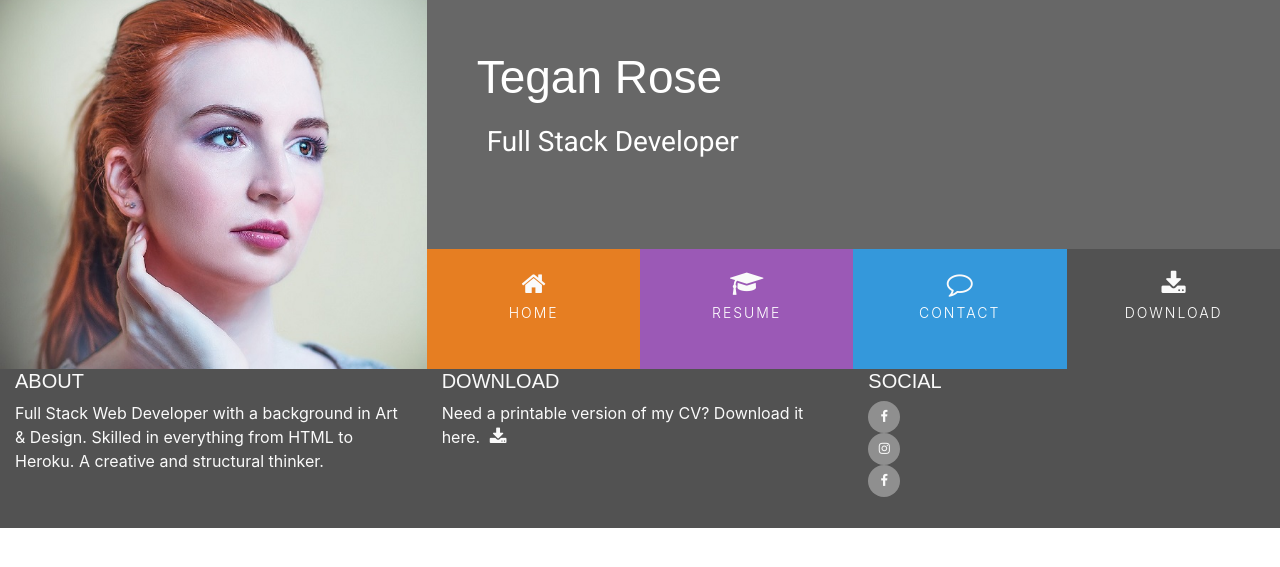
Repository: TSRose/Resume
Page: index.html
The author's editor kept a record of every edit. The page is drawn from the files as they stood at one moment, then again after the next edit.
The browser window is 1280 px wide. The pictures show the whole page.

Above is the page before.

### index.html
<!DOCTYPE html>
<html lang="en">

<head>
    <meta charset="UTF-8">
    <meta name="viewport" content="width=device-width, initial-scale=1.0">
    <meta http-equiv="X-UA-Compatible" content="ie=edge">
    <link rel="stylesheet" href="https://stackpath.bootstrapcdn.com/bootstrap/4.3.1/css/bootstrap.min.css" type="text/css" />
    <link rel="stylesheet" href="https://stackpath.bootstrapcdn.com/font-awesome/4.7.0/css/font-awesome.min.css" type="text/css" />
    <link rel="stylesheet" href="assets/css/style.css" type="text/css" />
    <link rel="stylesheet" href="https://cdnjs.cloudflare.com/ajax/libs/hover.css/2.3.1/css/hover-min.css" type="text/css" />
    <title>Tegan Rose</title>
</head>

<body>
    <header>
        <div class="row no-gutters">
            <a href="index.html" class="col-md-4 logo">

            </a>
            <div class="col-md-8">
                <div class="row no-gutters bg-color-name-title">
                    <div class="col">
                        <h1 class="name">Tegan Rose</h1>
                        <h2 class="title"> Full Stack Developer</h2>
                    </div>
                </div>
                <div class="row no-gutters">
                    <div class="col">
                        <ul id="nav" class="list-inline menucontainer">
                            <li class="col-6 col-sm-3 ui-menu-color-home list-inline-item menuitem">
                                <a href="#" class="hvr-sweep-to-bottom"><i class="fa fa-home" aria-hidden="true"></i><span>Home</span></a>
                            </li>
                            <li class="col-6 col-sm-3 ui-menu-color-resume list-inline-item menuitem">
                                <a href="#" class="hvr-sweep-to-bottom"><i class="fa fa-graduation-cap" aria-hidden="true"></i><span>Resume</span></a>
                            </li>
                            <li class="col-6 col-sm-3 ui-menu-color-contact list-inline-item menuitem">
                                <a href="#" class="hvr-sweep-to-bottom"><i class="fa fa-comment-o" aria-hidden="true"></i><span>Contact</span></a>
                            </li>
                            <li class="col-6 col-sm-3 ui-menu-color-download list-inline-item menuitem">
                                <a href="#" class="hvr-sweep-to-bottom"><i class="fa fa-download" aria-hidden="true"></i><span>Download</span></a>
                            </li>
                        </ul>
                    </div>
                </div>
            </div>
        </div>
    </header>
    <section>

    </section>
    <footer class="container-fluid">
        <div class="row">
            <div class="col-sm-4">
                <h5 class="uppercase general-sub">About</h5>
                <p class="inline-block">
                    Full Stack Web Developer with a background in Art & Design. Skilled in everything from HTML to Heroku. A creative and structural thinker.
                </p>
            </div>
            <div class="col-sm-4">
                <h5 class="uppercase general-sub">Download</h5>
                <p class="inline-block">
                    Need a printable version of my CV? Download it here.
                    <a href="#" target="_blank" class="cv-pdf">
                        <i class="fa fa-download" aria-hidden="true"></i>
                        <span class="sr-only">Download link.</span>
                    </a>
                </p>
            </div>
            <div class="col-sm-4">
                <h5 class="uppercase general-sub">Social</h5>
                <ul class="list-inline social-links">
                    <li class="list-inine-item">
                        <a target="_blank" href="#">
                        <i class="fa fa-facebook" aria-hidden="true"></i>
                        <span class="sr-only">Facebook</span>
                        </a>
                    </li>
                    <li class="list-inine-item">
                        <a target="_blank" href="#">
                        <i class="fa fa-instagram" aria-hidden="true"></i>
                        <span class="sr-only">Instagram</span>
                        </a>
                    </li>                    <li class="list-inine-item">
                        <a target="_blank" href="#">
                        <i class="fa fa-facebook" aria-hidden="true"></i>
                        <span class="sr-only">Facebook</span>
                        </a>
                    </li>
                </ul>
            </div>
        </div>
    </footer>
</body>

</html>

### assets/css/style.css
@import url('https://fonts.googleapis.com/css?family=Roboto&display=swap:100,200,300,400,500,600,700 | Exo:100,200,300,400,500,600,700');

/*------------------------------------Colours */

.bg-color-name-title {
    background-color: #676767;
}

.ui-menu-color-home {
    background-color: #e67e22;
}

.ui-menu-color-resume {
    background-color: #9b59b6;
}

.ui-menu-color-contact {
    background-color: #3498db;
}

.ui-menu-color-download {
    background-color: #525252;
}

/*------------------------------------Special paddings/margins/text */

h1,
h2,
h3,
h4 {
    margin: 0;
}

.uppercase {
    text-transform: uppercase;
}

.general-sub {
    font-family: "Exo", sans-serif;
    font-weight: 300;
    color: #fafafa;
}

.inline-block {
    display: inline-block;
}

/*------------------------------------Headings */

header {
    margin: 0;
}

.heading {
    margin-left: 50px;
}

.logo {
    background: url("../images/logo.jpg");
    background-position: center;
    background-repeat: no-repeat;
    background-size: cover;
    min-height: 360px;
    transition: all .5s ease-in-out;
    -moz-transition: all .5s ease-in-out;
    -webkit-transition: all .5s ease-in-out;
}

.name {
    font-family: "Exo", sans-serif;
    font-weight: 100;
    font-size: 46px;
    margin-top: 50px;
    margin-left: 50px;
    color: #fff;
}

.title {
    font-family: "Roboto", sans-serif;
    font-weight: 200;
    font-size: 28px;
    margin-top: 20px;
    margin-bottom: 90px;
    margin-left: 60px;
    color: #fff;
}

.list-inline-item:not(:last-child) {
    margin: 0;
}

.menucontainer {
    font-size: 0;
}

#nav {
    margin: 0;
}

#nav li {
    font-size: 14px;
    padding: 0;
}

.menuitem {
    height: 120px;
    text-align: center;
    padding: 0;
}

.menuitem a {
    width: 100%;
    text-decoration: 0;
    color: #fff;
    height: 120px;
}

.menuitem a i {
    padding-top: 22px;
    display: block;
    color: #fafafa;
    font-size: 26px;
}

.menuitem span {
    display: block;
    width: 100%;
    padding-top: 5px;
    text-align: center;
    text-transform: uppercase;
    font-size: 14px;
    font-weight: 300;
    letter-spacing: 2px;
}

/*------------------------------------Hover.css */

.hvr-sweep-to-bottom:before {
    background-color: rgba(0, 0, 0, 0.2) !important;
    height: 120px;
}

/*------------------------------------Footer */

footer {
    background-color: #525252;
    color: #fafafa;
    min-height: 120px;
    margin: 0;
}

.cv-pdf i {
    font-size: 18px;
    color: #fafafa;
    text-align: center;
    padding-left: 5px;
    transition: all 0.35s ease-in-out;
    -moz-transition: all 0.35s ease-in-out;
    -webkit-transition: all 0.35s ease-in-out;
    -o-transition: all 0.35s ease-in-out;
}

.cv-pdf i:hover {
    color: #e84610;
}

.social-links {
    padding-bottom: 15px;
}

.social-links li a i {
    width: 32px;
    height: 32px;
    padding: 12px 0;
    border-radius: 50%;
    font-size: 13px;
    line-height: 7px;
    text-align: center;
    color: #fafafa;
    background: #8f8f8f;
    transition: all 0.35s ease-in-out;
    -moz-transition: all 0.35s ease-in-out;
    -webkit-transition: all 0.35s ease-in-out;
    -o-transition: all 0.35s ease-in-out;
}

After the next edit:
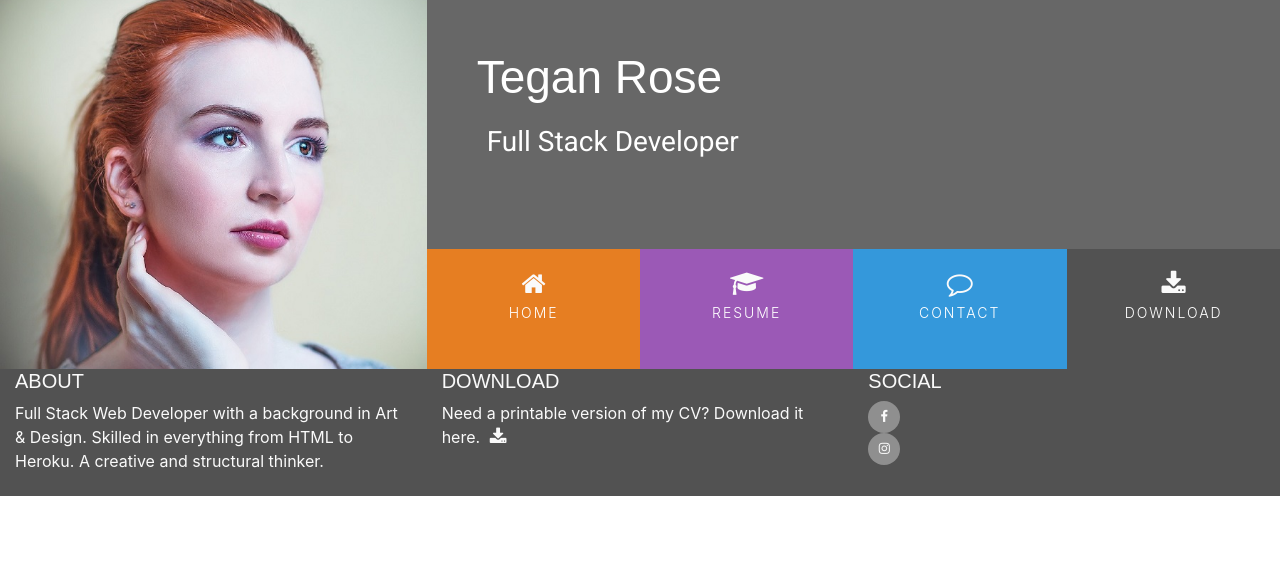
The edit:
--- a/index.html
+++ b/index.html
@@ -81,12 +81,8 @@
                         <i class="fa fa-instagram" aria-hidden="true"></i>
                         <span class="sr-only">Instagram</span>
                         </a>
-                    </li>                    <li class="list-inine-item">
-                        <a target="_blank" href="#">
-                        <i class="fa fa-facebook" aria-hidden="true"></i>
-                        <span class="sr-only">Facebook</span>
-                        </a>
                     </li>
+
                 </ul>
             </div>
         </div>

After the edit that followed:
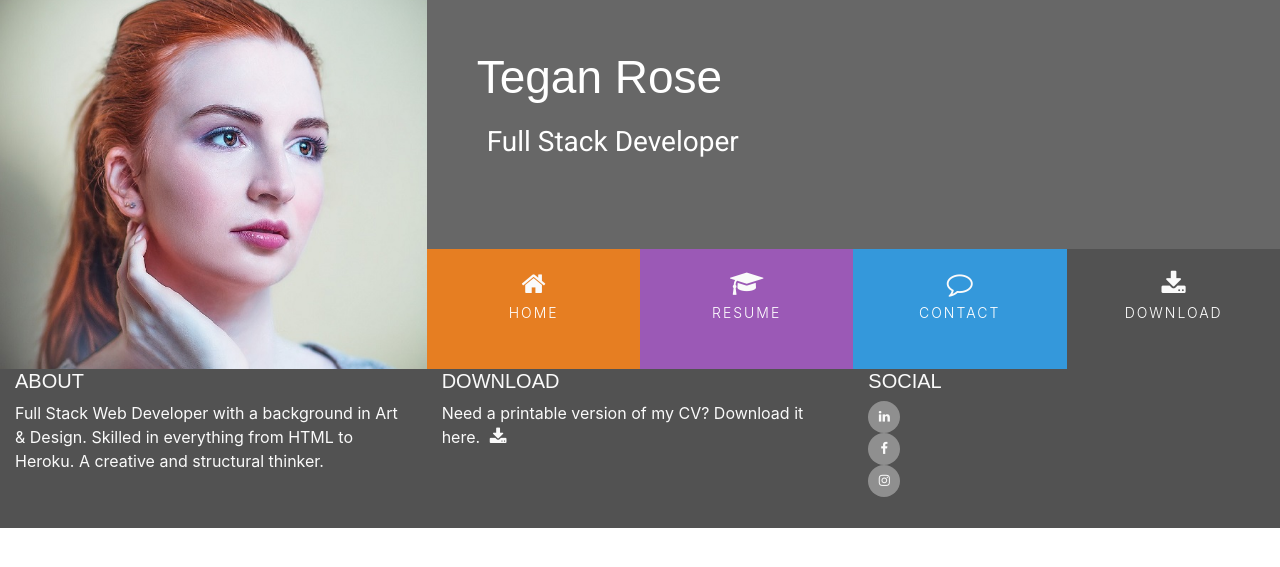
The edit:
--- a/index.html
+++ b/index.html
@@ -72,6 +72,12 @@
                 <ul class="list-inline social-links">
                     <li class="list-inine-item">
                         <a target="_blank" href="#">
+                        <i class="fa fa-linkedin" aria-hidden="true"></i>
+                        <span class="sr-only">LinkedIn</span>
+                        </a>
+                    </li>
+                    <li class="list-inine-item">
+                        <a target="_blank" href="#">
                         <i class="fa fa-facebook" aria-hidden="true"></i>
                         <span class="sr-only">Facebook</span>
                         </a>
